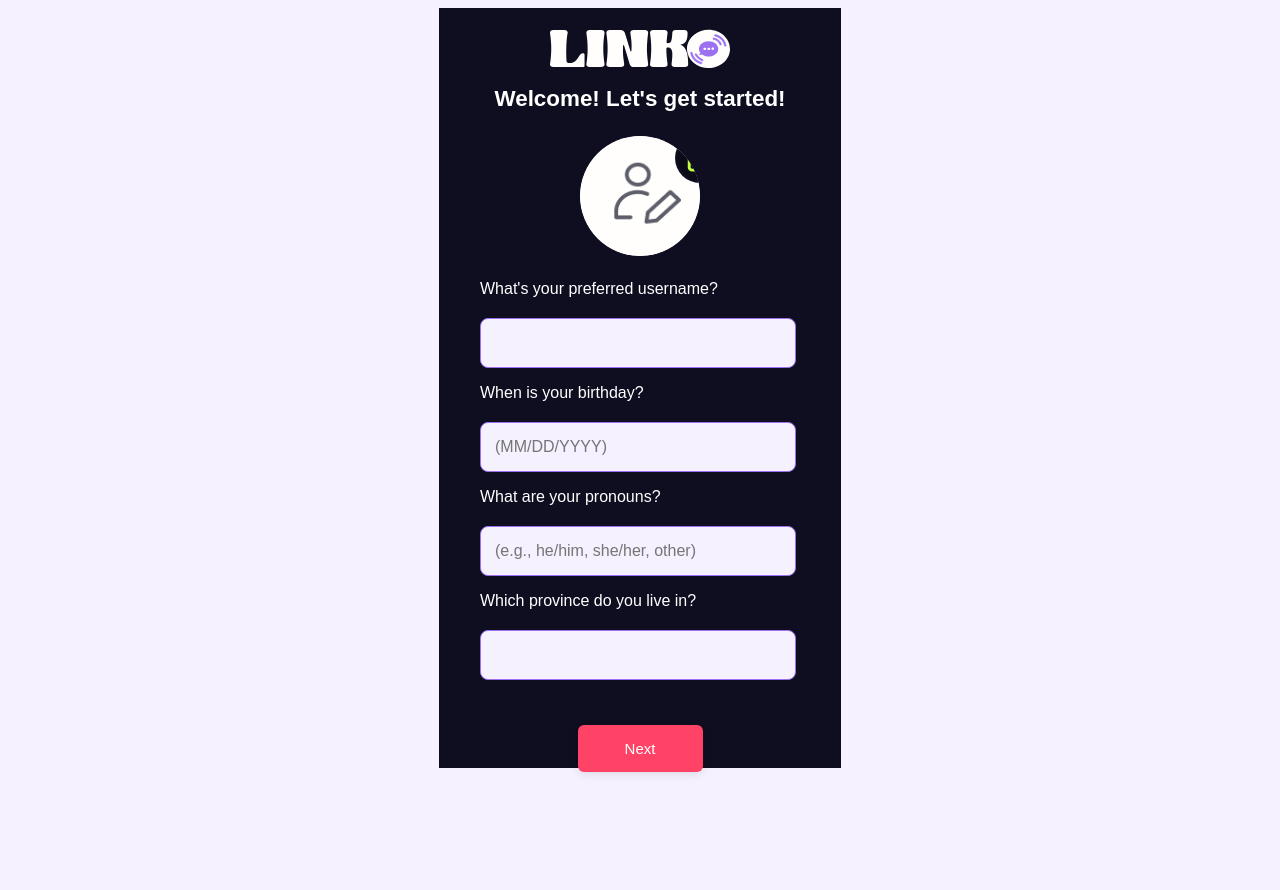
Repository: richelletiongson/MDIA2109_Linko
Page: /onboard/signup (app in linko_whatdafour/)
The author's editor kept a copy of each file at every save. The page is drawn from the files as they stood at one save, then again after the next save.
The browser window is 1280 px wide. The pictures show the whole page.
The project was rebuilt for these pictures with package versions that can differ from the ones it lists, and the page was loaded fresh each time. The framework's server and built-in components were replaced by stand-ins that run in the browser. Also part of the build but not shown: linko_whatdafour/next.config.mjs, linko_whatdafour/app/.components/Modal/modal.module.css, linko_whatdafour/app/.components/Modal/modal.js.

Above is the page before, as saved 2025-05-20 23:59:26.

### linko_whatdafour/app/layout.js

















import { Geist, Geist_Mono } from "next/font/google";
import "./globals.css";

const geistSans = Geist({
  variable: "--font-geist-sans",
  subsets: ["latin"],
});

const geistMono = Geist_Mono({
  variable: "--font-geist-mono",
  subsets: ["latin"],
});

export const metadata = {
  title: "Create Next App",
  description: "Generated by create next app",
};

export default function RootLayout({ children }) {
  return (
    <html lang="en">
      <body className={`${geistSans.variable} ${geistMono.variable}`}>
        <div className = {"wrapper"}>
        {children}
        </div>
      </body>
    </html>
  );
}

### linko_whatdafour/app/onboard/signup/page.js
"use client"

import React, { useState } from 'react';
import Header from '@/app/.components/Header/header';
import InputField from '@/app/.components/input_field/input_field'
import { useRouter } from 'next/navigation';
import styles from './signup.module.css';
import Button from '@/app/.components/buttons';
import { PhotoGalleryModal } from '@/app/.components/Modal/modal';

export default function SignupPage() {
  const router = useRouter();

  const [profilePic, setProfilePic] = useState('/photos/DefaultProfile.png');
  const [profilePicModalOpen, setProfilePicModalOpen] = useState(false);
  const [profilePicSelection, setProfilePicSelection] = useState([profilePic]);

  const placeholderPhotos = [
    '/photos/photo_gallery/photo1.JPG',
    '/photos/photo_gallery/photo2.JPG',
    '/photos/photo_gallery/photo3.JPG',
    '/photos/photo_gallery/photo4.jpeg',
    '/photos/photo_gallery/photo5.jpeg',
    '/photos/photo_gallery/photo6.jpeg',
    '/photos/photo_gallery/photo7.jpeg',
    '/photos/photo_gallery/photo8.jpeg',
    '/photos/photo_gallery/photo9.jpeg',
    '/photos/photo_gallery/photo10.jpg',
  ];

  const handleOpenProfilePicModal = () => {
    setProfilePicSelection([profilePic]);
    setProfilePicModalOpen(true);
  };
  const handleCloseProfilePicModal = () => setProfilePicModalOpen(false);
  const handleDoneProfilePicModal = () => {
    if (profilePicSelection.length > 0) setProfilePic(profilePicSelection[0]);
    setProfilePicModalOpen(false);
  };

  return (
    <div className={styles.page}>
      <Header />
      <h2 className={styles.welcome}>Welcome! Let's get started!</h2>
      <div className={styles.profileIconWrapper}>
        <div className={styles.profileIconCircle}>
          <img
            src={profilePic}
            alt="Profile icon"
          />
          <div className={styles.addPhotoBtn}>
            <Button
              buttonText={<svg width="55" height="55" viewBox="0 0 55 55" fill="none" xmlns="http://www.w3.org/2000/svg">
                <g id="Group">
                  <circle id="Ellipse 74" cx="27.125" cy="27.125" r="27.125" fill="#0B0A17"/>
                  <path id="Vector" d="M19.25 19.25H17.5C16.5717 19.25 15.6815 19.6187 15.0251 20.2751C14.3687 20.9315 14 21.8217 14 22.75V38.5C14 39.4283 14.3687 40.3185 15.0251 40.9749C15.6815 41.6313 16.5717 42 17.5 42H33.25C34.1783 42 35.0685 41.6313 35.7249 40.9749C36.3813 40.3185 36.75 39.4283 36.75 38.5V36.75" stroke="#C2FF3E" strokeWidth="3.5" strokeLinecap="round" strokeLinejoin="round"/>
                  <path id="Vector_2" d="M35 15.7499L40.25 20.9999M42.6737 18.5237C43.363 17.8345 43.7502 16.8997 43.7502 15.9249C43.7502 14.9502 43.363 14.0154 42.6737 13.3262C41.9845 12.637 41.0497 12.2498 40.075 12.2498C39.1003 12.2498 38.1655 12.637 37.4763 13.3262L22.75 27.9999V33.2499H28L42.6737 18.5237Z" stroke="#C2FF3E" strokeWidth="3.5" strokeLinecap="round" strokeLinejoin="round"/>
                </g>
              </svg>}
              onClick={handleOpenProfilePicModal}
              type="dark_purple"
              size="big_round"
            />
          </div>
        </div>
      </div>
      <PhotoGalleryModal
        isOpen={profilePicModalOpen}
        onClose={handleCloseProfilePicModal}
        onDone={handleDoneProfilePicModal}
        availablePhotos={placeholderPhotos}
        selectedPhotos={profilePicSelection}
        setSelectedPhotos={(photosOrUpdater) => {
          if (typeof photosOrUpdater === 'function') {
            setProfilePicSelection(prev => {
              const result = photosOrUpdater(prev);
              if (result.length > 1) return [result[result.length - 1]];
              return result;
            });
          } else if (Array.isArray(photosOrUpdater)) {
            setProfilePicSelection(photosOrUpdater.length > 0 ? [photosOrUpdater[photosOrUpdater.length - 1]] : []);
          }
        }}
      />
      <form className={styles.form}>
        <label className={styles.label}>What's your preferred username?</label>
        <InputField
          placeholder = ""
          size = "large"
          color = "purple2"
        />

        <label className={styles.label}>When is your birthday?</label>
        <InputField
          placeholder = "(MM/DD/YYYY)"
          size = "large"
          color = "purple2"
        />

        <label className={styles.label}>What are your pronouns?</label>
        <InputField
          placeholder = "(e.g., he/him, she/her, other)"
          size = "large"
          color = "purple2"
        />

        <label className={styles.label}>Which province do you live in?</label>
        <InputField
          placeholder = ""
          size = "large"
          color = "purple2"
        />
      </form>

      <div className={styles.signup_Button}>
        <Button
          buttonText="Next"
          type="pink"
          size="small"
          onClick={() => router.push("/onboard/signup/questionaire/questionaire01")}
        />
        </div>
    </div>
  );
}

### linko_whatdafour/app/globals.css
:root {
  --background: #F5F1FE;
  --foreground: #fff;
}

html,
body {
  min-width: 402px;
  overflow-x: hidden;
}

body {
  color: var(--foreground);
  background: var(--background);
  font-family: Arial, Helvetica, sans-serif;
}

.wrapper {
  margin: 0 auto;
  width: 402px;
  min-height: 874px;
}












/* DEFAULT global.css
:root {
  --background: #ffffff;
  --foreground: #171717;
}

@media (prefers-color-scheme: dark) {
  :root {
    --background: #0a0a0a;
    --foreground: #ededed;
  }
}

html,
body {
  max-width: 100vw;
  overflow-x: hidden;
}

body {
  color: var(--foreground);
  background: var(--background);
  font-family: Arial, Helvetica, sans-serif;
  -webkit-font-smoothing: antialiased;
  -moz-osx-font-smoothing: grayscale;
}

* {
  box-sizing: border-box;
  padding: 0;
  margin: 0;
}

a {
  color: inherit;
  text-decoration: none;
}

@media (prefers-color-scheme: dark) {
  html {
    color-scheme: dark;
  }
}
*/

### linko_whatdafour/app/.components/Header/header.js
import React from 'react';
import styles from './header.module.css';
import Image from 'next/image';

export default function Header({ leftButton, rightButton }) {
  return (
    <header className={styles.header}>
      <div className={styles.side}>{leftButton}</div>
      <div className={styles.center}>
        <Image src="/logos/linko_primarylogo.svg" alt="Linko logo" width={180} height={42} className={styles.logo}/>
      </div>
      <div className={styles.side}>{rightButton}</div>
    </header>
  );
}

### linko_whatdafour/app/.components/input_field/input_field.js
"use client";
import React from "react";
import classNames from "classnames";
import styles from "./input_field.module.css";

export default function InputField({
  value,
  onChange,
  placeholder = "Type...",
  size = "medium",
  color = "purple1"
}) {
  const inputFieldClass = classNames(
    styles.inputField,
    styles[size],
    styles[color]
  );

  return (
    <input
      type="text"
      className={inputFieldClass}
      value={value}
      onChange={onChange}
      placeholder={placeholder}
    />
  );
}

### linko_whatdafour/app/onboard/signup/signup.module.css
.page {
    max-width: 402px;
    height: 100vh;
    background: #0F0E21;
    color: #fff;
    display: flex;
    flex-direction: column;
    align-items: center;
    justify-content: flex-start;
    padding: 20px 16px;
  }
  .welcome {
    font-size: 1.4rem;
    font-weight: 700;
    text-align: center;
    margin: 16px 0 24px 0;
  }
  .profileIconWrapper {
    display: flex;
    justify-content: center;
    width: 100%;
    margin-bottom: 24px;
  }
  .profileIconCircle {
    position: relative;
    width: 120px;
    height: 120px;
    border-radius: 50%;
    background: #fff;
    overflow: hidden;
    display: flex;
    align-items: center;
    justify-content: center;
  }
  .profileIconCircle img {
    position: absolute;
    width: 100%;
    height: 100%;
    object-fit: cover;
    border-radius: 50%;
    top: 0;
    left: 0;
  }
  .addPhotoBtn {
    position: absolute;
    top: 12px;
    right: -10px;
    width: 20px;
    height: 20px;
    display: flex;
    align-items: center;
    justify-content: center;
    box-shadow: 0 2px 8px rgba(0,0,0,0.10);
    z-index: 10;
  }
  .form {
    width: 100%;
    max-width: 340px;
    display: flex;
    flex-direction: column;
    justify-content: center;
    gap: 16px;
    padding-left: 20px;
  }
  .label {
    font-size: 1rem;
    font-weight: 500;
    margin-bottom: 4px;
  }
  .signup_Button {
    display: flex;
    justify-content: center;
    padding-left: 0;
    padding-top: 45px;
  }

### linko_whatdafour/app/.components/buttons.js
'use client';
import { useRouter } from 'next/navigation';
import classnames from "classnames";
import styles from './buttons.module.css';


export default function Button({buttonText, onClick, type, size, border, className}){



  const buttonClasses = classnames(
    styles.button,
    className,
    {
      [styles.big]: size === "big",
      [styles.medium]: size === "medium",
      [styles.small]: size === "small",
      [styles.smaller]: size === "smaller",
      [styles.big_round]: size === "big_round",
      [styles.small_round]: size === "small_round",
      [styles.big_pill]: size === "big_pill",
      [styles.small_pill]: size === "small_pill",
      [styles.long]: size === "long",
      [styles.pink]: type === "pink",
      [styles.purple]: type === "purple",
      [styles.light_purple]: type === "light_purple",
      [styles.dark_purple]: type === "dark_purple",
      [styles.green]: type === "green",
      [styles.white]: type === "white",
      [styles.transparent_pinkborder]: type === "transparent_pinkborder",
      [styles.transparent_whitetxt]: type === "transparent_whitetxt",
      [styles.transparent_greentxt]: type === "transparent_greentxt",
      [styles.pink_border]: border === "pink_border",
      [styles.green_border]: border === "green_border",
      [styles.nav]: type === "nav",
      [styles.nav_active]: type === "nav_active",
    }
  );
  return (

  <button
  className={buttonClasses}
  onClick={onClick}
  >

  {buttonText}

  </button>

  )
};























/*export const BigPinkButton = ({
    route,
    buttonText = 'Next',
  }) => {
    const router = useRouter();

    // Handle navigation to the specified route
    const handleNavigation = () => {
      // Navigate to the specified route
      router.push(route);
    };

    return (
      <div className={styles.buttonContainer}>
        <button
          onClick={handleNavigation}
          className={styles.bigPinkButton}
          type="button"
        >
          {buttonText}
        </button>
      </div>
    );
  };

  export const BigPurpleButton = ({
    route,
    buttonText = 'GET STARTED',
    onClick = null
  }) => {
    const router = useRouter();

    // Handle navigation to the specified route
    const handleNavigation = () => {
      // Navigate to the specified route
      router.push(route);
    };

    return (
      <div className={styles.buttonContainer}>
        <button
          onClick={handleNavigation}
          className={styles.bigPurpleButton}
          type="button"
        >
          {buttonText}
        </button>
      </div>
    );
  };*/

### linko_whatdafour/app/.components/Header/header.module.css
.header {
  display: grid;
  grid-template-columns: 1fr auto 1fr;
  align-items: center;
  height: 80px;
  background: transparent;
  padding: 0px 16px;
}

.side {
  display: flex;
  align-items: center;
  justify-content: flex-start;
  height: 100%;
}

.side:last-child {
  justify-content: flex-end;
}

.center {
  display: flex;
  align-items: center;
  justify-content: center;
  height: 100%;
}

### linko_whatdafour/app/.components/input_field/input_field.module.css
.inputField {
    padding: 10px 14px;
    font-size: 16px;
    border: 0.75px solid #9B71F1;
    box-sizing: border-box;
    outline: none;
    border-radius: 8px;
  }


  .small {
    width: 216.45px;
    height: 54.97px;
  }

  .medium {
    width: 288px;
    height: 65px;
  }

  .large {
    width: 316px;
    height: 50px;
  }

  .xlarge {
    width: 351.55px;
    height: 54.97px;
  }

  .chatSize {
    width: 400px;
    height: 45px;
    border-radius: 30px;
  }

  .white {
    background-color: #FFFFFF;
  }

  .purple1 {
    background-color: #E0C3FE;
  }

  .purple2 {
    background-color: #F5F1FE;
  }

  .purple3 {
    background-color: #E0C3FE;
  }

### linko_whatdafour/app/.components/buttons.module.css
.pink {
  background-color: #FE4366;
  color: white;
  border: none;
}

.purple {
  background-color: #9B71F1;
  color: white;
  border: none;
}

.light_purple {
  background-color: #E0C3FE;
  color: #06060E;
  border: none;
}

.dark_purple {
  background-color: #0F0E21;
  color: #C2FF3E;
  border: none;
}

.green {
  background-color: #C2FF3E;
  color: #06060E;
  border: none;
}

.white {
  background-color: #FFFEFC;
  color: #412F65;
  border: 2px solid #9B71F1;
}

.transparent_pinkborder {
  background-color: rgba(0, 0, 0, 0);
  color: #FFFEFC;
}

.transparent_whitetxt {
  background: transparent;
  color: #FFFEFC;
  border: none;
}

.transparent_greentxt {
  background-color: rgba(0, 0, 0, 0);
  color: #C2FF3E;
  border: none;
}

.pink_border {
  border: 1px solid #FE4366 !important;
}

.green_border {
  border: 1px solid #C2FF3E !important;
}

.small_round {
  display: flex;
  border-radius: 50%;
  border: none;
  width: 30px;
  height: 30px;
  padding: 2px 2px;
  flex-direction: column;
  justify-content: center;
  align-items: center;
}

.big_round {
  display: flex;
  border-radius: 50%;
  border: none;
  width: 50px;
  height: 50px;
  padding: 2px 2px;
  flex-direction: column;
  justify-content: center;
  align-items: center;
}

.big {
  font-weight: 700px;
  font-size: 19px;
  padding: 14px 20px;
  border-radius: 15px;
  width: 325px;
  text-align: center;
  box-shadow: 0 4px 6px rgba(0, 0, 0, 0.1);
}

.medium {
  font-weight: 700px;
  font-size: 16px;
  padding: 16px 24px;
  border-radius: 8px;
  width: 100%;
  max-width: 200px;
  text-align: center;
  box-shadow: 0 2px 10px rgba(0, 0, 0, 0.1);
}

.small {
  font-weight: 700px;
  font-size: 15px;
  padding: 15px 20px;
  border-radius: 6px;
  width: 100%;
  min-width: 125px;
  max-width: 200px;
  text-align: center;
  box-shadow: 0 2px 10px rgba(0, 0, 0, 0.1);
}

.smaller {
  font-weight: 700px;
  font-size: 15px;
  padding: 12px 12px;
  border-radius: 8px;
  width: 100%;
  min-width: 83px;
  max-width: 100px;
  text-align: center;
  box-shadow: 0 2px 10px rgba(0, 0, 0, 0.1);
}

.big_pill {
  display: inline-block;
  padding: 10px 20px;
  border-radius: 20px;
  border: 0.5px solid transparent;
  font-size: 16px;
  text-align: center;
  min-width: 100px;
  max-width: 100%;
  width: auto;
  white-space: normal;
  overflow: hidden;
  text-overflow: ellipsis;
  box-shadow: 0 2px 10px rgba(0, 0, 0, 0.1);
}

.small_pill {
  display: inline-block;
  padding: 4px 12px;
  border: none;
  border-radius: 20px;
  font-size: 13px;
  text-align: center;
  max-width: 100%;
  width: auto;
  white-space: normal;
  overflow: hidden;
  text-overflow: ellipsis;
  box-shadow: 0 2px 10px rgba(0, 0, 0, 0.1);
}

.long {
  display: flex;
  flex-direction: column;
  justify-content: center;
  font-weight: 700px;
  font-size: 16px;
  padding: 14px 20px;
  border-radius: 15px;
  width: 370px;
  height: 35px;
  text-align: center;
  box-shadow: 0 4px 6px rgba(0, 0, 0, 0.1);
}

.button.dark_purple.long.green_border:hover {
  background: #C2FF3E;
  color: #0F0E21;
}

.button.nav {
  background: none;
  border: none;
  color: #fff;
  font-size: 1.2rem;
  display: flex;
  flex-direction: column;
  align-items: center;
  gap: 4px;
  cursor: pointer;
  transition: color 0.2s;
  font-family: 'Lexend', 'Geist', 'Inter', Arial, sans-serif;
  font-weight: 400;
  box-shadow: none;
  outline: none;
}

.button.nav_active {
  color: #BCA6F7;
  font-weight: 500;
}

.button.nav .icon,
.button.nav_active .icon {
  display: flex;
  align-items: center;
  justify-content: center;
  font-size: 2rem;
  color: inherit;
  transition: color 0.2s;
}






















/*.bigPinkButton {
    width: 100%;
    max-width: 200px;
    padding: 16px 24px;
    border-radius: 8px;
    font-size: 16px;
    font-weight: 700;
    color: white;
    text-align: center;
    cursor: pointer;
    transition: all 0.3s ease;
    display: block;
    margin: 16px 0;
    box-shadow: 0 2px 10px rgba(0, 0, 0, 0.1);
    background-color:#FE4366;
  }

  .bigPinkButton:hover {
    background-color:#6B1C2B;
  }

  .bigPurpleButton {
    background-color: #9B71F1; /* Purple color that matches the image
    color: white;
    font-weight: 700;
    letter-spacing: 0.5px;
    font-size: 19px;
    padding: 14px 20px;
    border-radius: 15px;
    border: none;
    cursor: pointer;
    transition: all 0.3s ease;
    width: 100%;
    max-width: 325px;
    text-align: center;
    box-shadow: 0 4px 6px rgba(0, 0, 0, 0.1);
    text-transform: uppercase;
  }

  .bigPurpleButton:hover {
    background-color: #8a57ff;
  }



  .buttonContainer {
    display: inline-block;
    width: 100%;
    max-width: 200px;
  }
    */

After the next save:
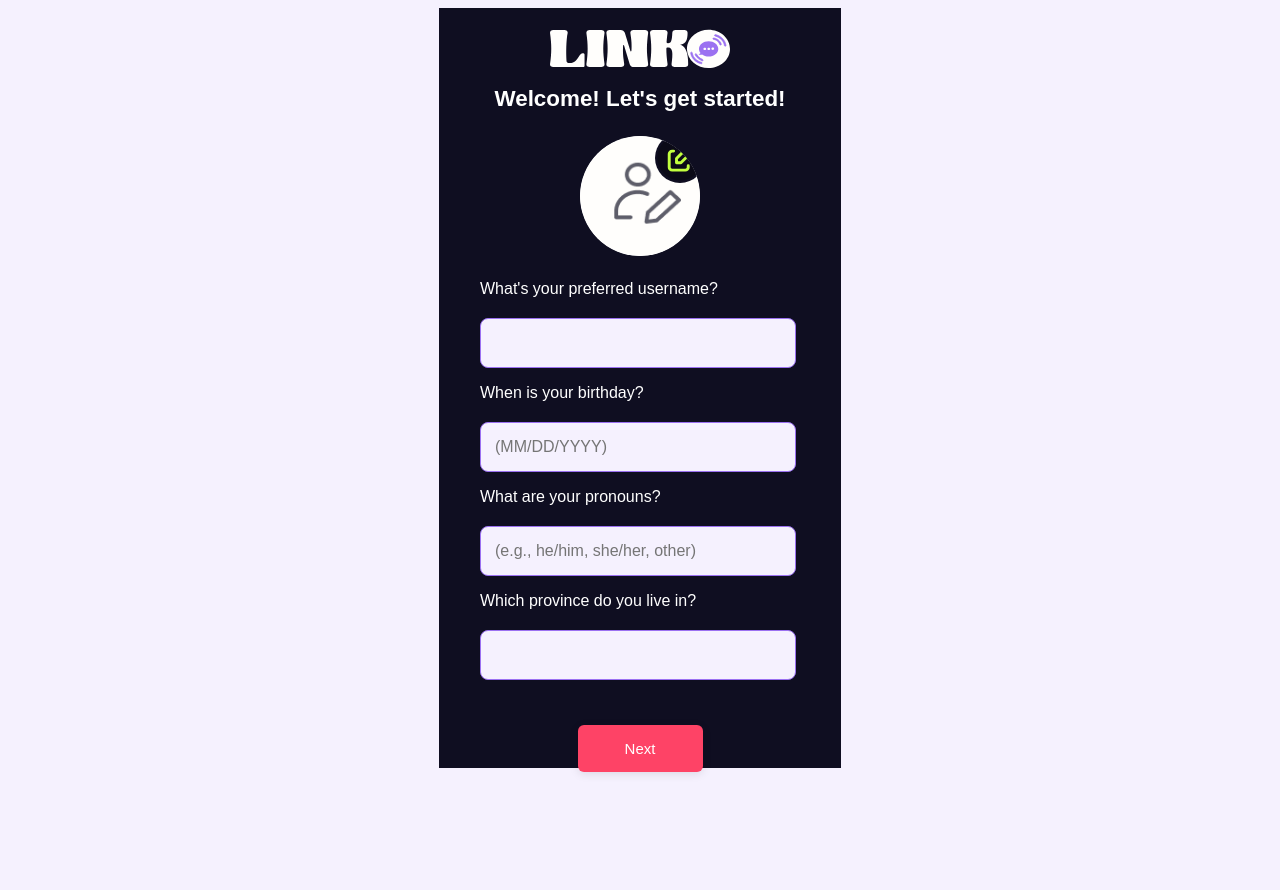
Saved 9 s later.
--- a/linko_whatdafour/app/onboard/signup/signup.module.css
+++ b/linko_whatdafour/app/onboard/signup/signup.module.css
@@ -44,7 +44,7 @@
   .addPhotoBtn {
     position: absolute;
     top: 12px;
-    right: -10px;
+    right: 10px;
     width: 20px;
     height: 20px;
     display: flex;
